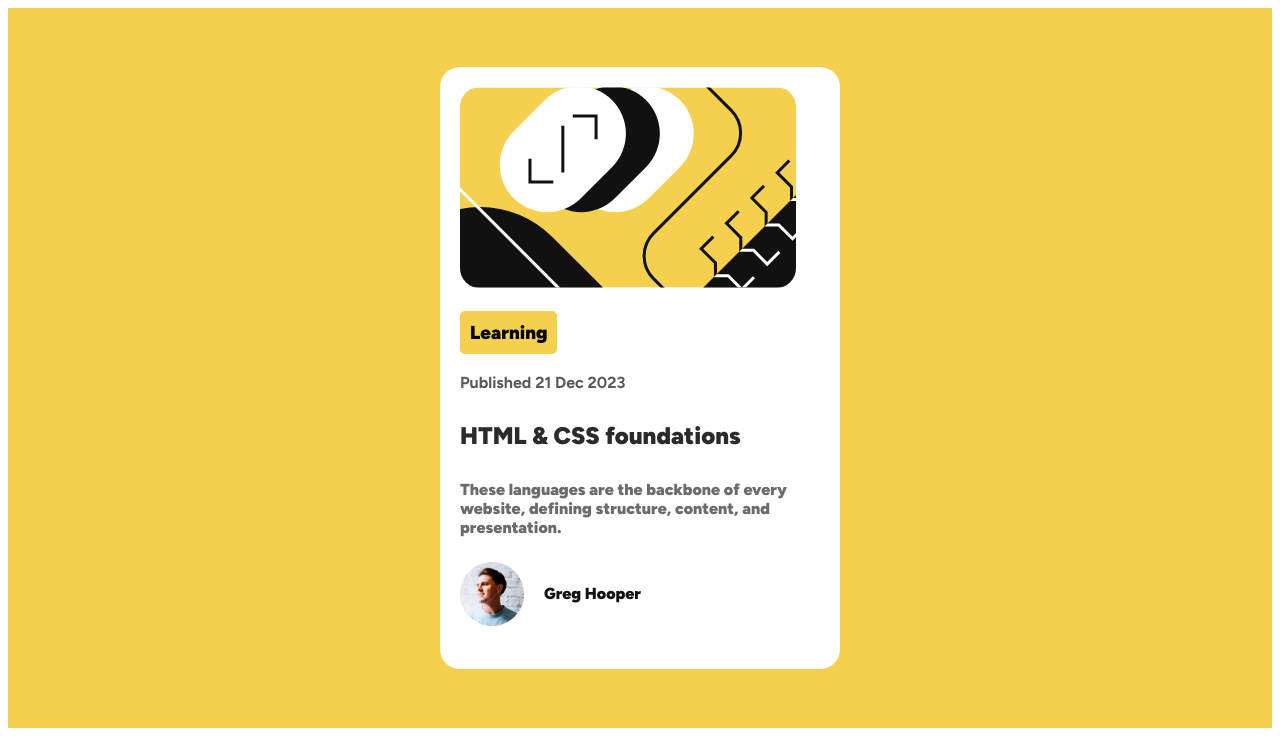
Repository: reemoon-ctrl/blog-preview-card
Page: index.html
The author's editor kept a copy of each file at every save. The page is drawn from the files as they stood at one save, then again after the next save.
The browser window is 1280 px wide. The pictures show the whole page.

Above is the page before, as saved 2024-07-19 15:08:42.

### index.html
<!DOCTYPE html>
<html>
    <head>
        <title>Frontend Mentor | Blog preview card</title>
        <link rel="stylesheet" href="index.css" />
        <style>
            @import url('https://fonts.googleapis.com/css2?family=Figtree:ital,wght@0,300..900;1,300..900&display=swap');
        </style>


    </head>
    <body>
        <article class="blog-card-article">
            <div class="blog-card">
                <img class="blog-img"src="img\illustration-article.svg" alt="illustration-article" />
                <h3 class="blog-category">Learning</h3>
                <b class="blog-date">Published 21 Dec 2023</b>
                <h1 class="blog-title">HTML & CSS foundations</h1>
                <b class="blog-discrip">These languages are the backbone of every website, defining structure, content, and presentation.</b>
                <h2 class="blog-author"><img  src="img\image-avatar.webp" alt="Greg Hooper avatar"/>Greg Hooper</h2>
            </div>
        </article>

    </body>
</html>

### index.css
.blog-card-article{
    min-height: 100vh;
    display: flex;
    align-items:center;
    justify-content: center;
    background-color: hsl(47, 88%, 63%);


}

.blog-card{
    background-color: white;
    padding: 20px;
    border-radius: 20px;
    flex-basis: 400px;
}

.blog-img{
    border-radius: 20px;


}

.blog-category{

    background-color: hsl(47, 88%, 63%);
    width:fit-content;
    border-radius: 5px;
    padding: 10px 10px;
    font-family: "Figtree", sans-serif;
    font-optical-sizing: auto;
    font-weight: 900;
    font-style:normal;



}

.blog-date{
    color: hsl(0, 0%, 35%);
    padding: 10px 0;
    font-family: "Figtree", sans-serif;
    font-optical-sizing: auto;
    font-weight: 700;
    font-style: normal;

}

.blog-title{
    padding: 10px 0;
    font-family: "Figtree", sans-serif;
    font-optical-sizing: auto;
    font-weight: 900;
    font-style: normal;
    color: hsl(0, 0%, 17%);

}
.blog-discrip{
    color:hsl(0, 0%, 42%);
    padding: 10px 0px;
    font-family: "Figtree", sans-serif;
    font-optical-sizing: auto;
    font-weight: 900;
    font-style: normal;

}

.blog-author{

    display: flex;
    align-items:center;
    padding: 10px 0px;
    gap: 20px;
    font-family: "Figtree", sans-serif;
    font-optical-sizing: auto;
    font-weight:900;
    font-style: normal;
    color: hsl(0, 0%, 7%);
    font-size: 16px;

}
*{
    box-sizing: border-box;
}

After the next save:
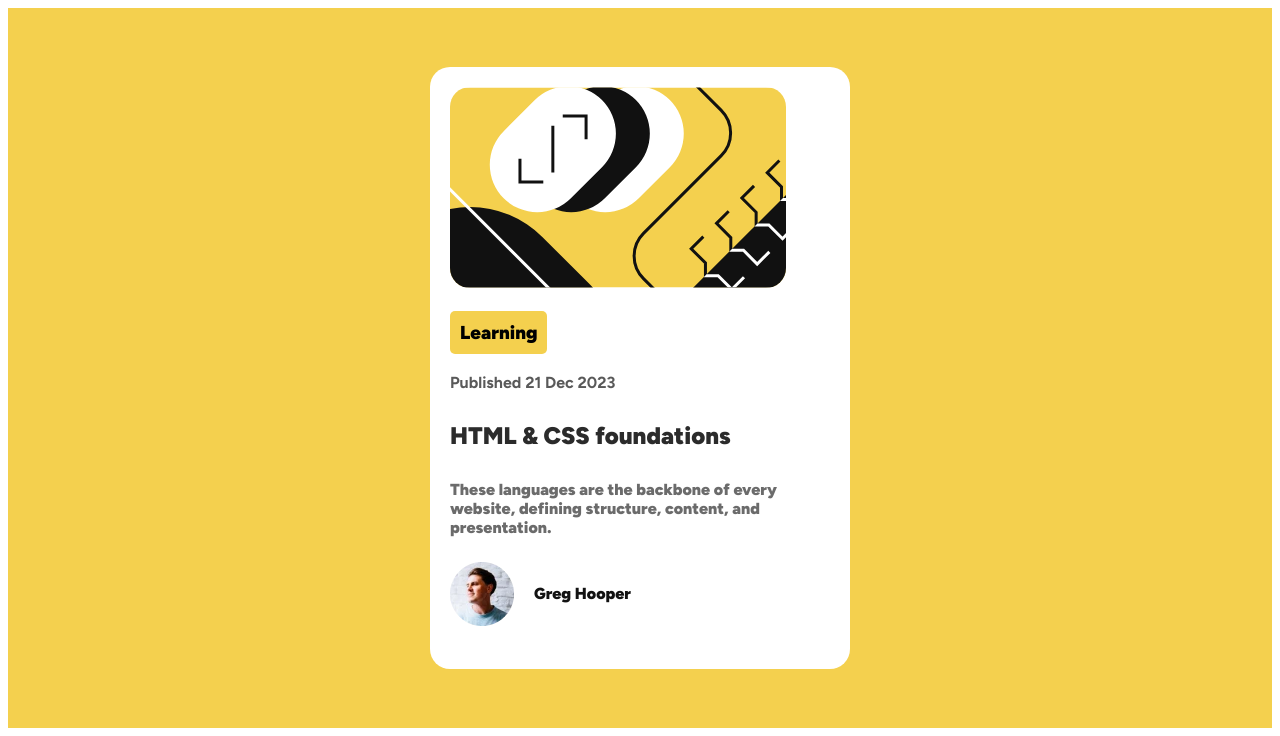
Saved 25 s later.
--- a/index.css
+++ b/index.css
@@ -12,7 +12,7 @@
     background-color: white;
     padding: 20px;
     border-radius: 20px;
-    flex-basis: 400px;
+    flex-basis: 420px;
 }
 
 .blog-img{
